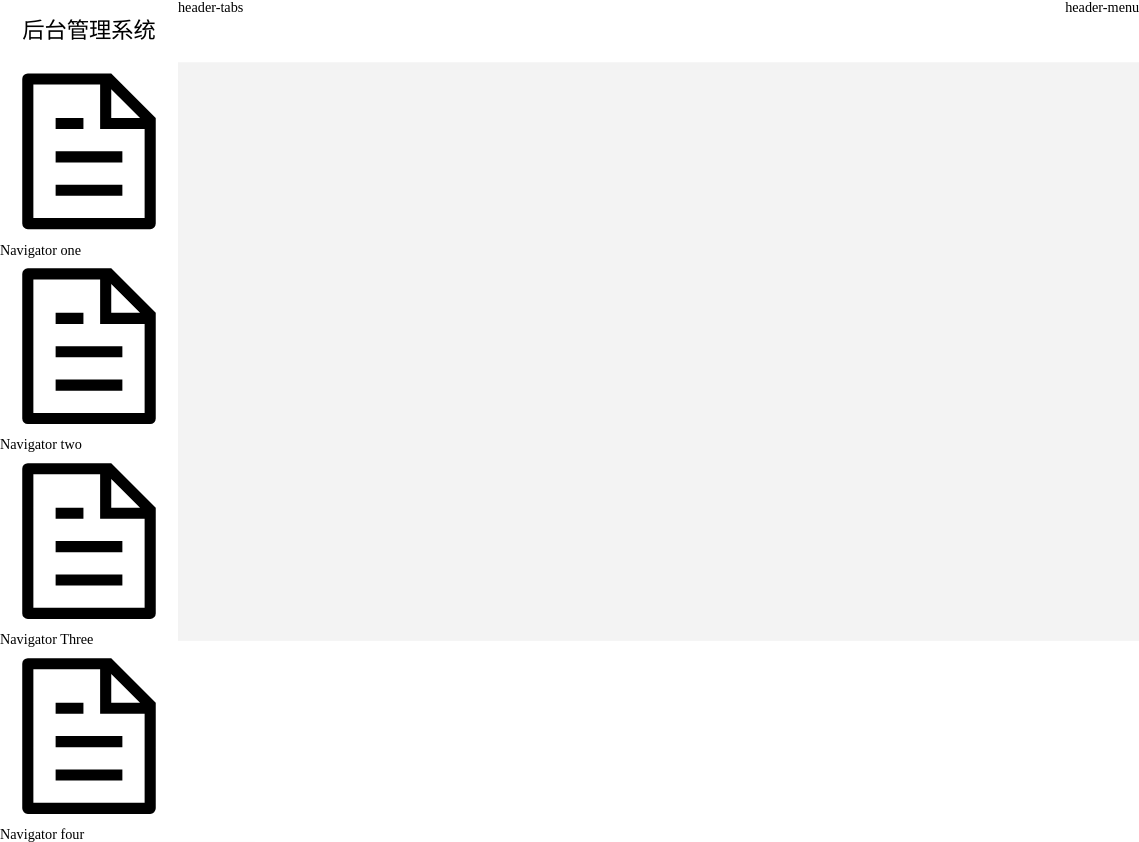
Repository: serrrN/admin
Page: /
The author's editor kept a copy of each file at every save. The page is drawn from the files as they stood at one save, then again after the next save.
The browser window is 1280 px wide. The pictures show the whole page, at 89% of full size.
The project was rebuilt for these pictures with package versions that can differ from the ones it lists, and the page was loaded fresh each time. Also part of the build but not shown: vite.config.ts, src/styles/index.scss.

Above is the page before, as saved 2024-06-02 15:34:11.

### src/main.ts
import { createApp } from 'vue'
import App from './App.vue'
import ElementPlus from 'element-plus'
import zhCn from 'element-plus/es/locale/lang/zh-cn'
import * as ElementPlusIconsVue from '@element-plus/icons-vue'
import router from './router'
import 'reset-css'
import './styles/index.scss'
const app = createApp(App)
for (const [key, component] of Object.entries(ElementPlusIconsVue)) {
  app.component(key, component)
}
app.use(ElementPlus, { locale: zhCn })
app.use(router)
app.mount('#app')

### src/App.vue
<script setup lang="ts"></script>

<template>
  <router-view></router-view>
</template>

<style>
#app,
html,
body {
  width: 100%;
  height: 100%;
}
</style>

### src/router/index.ts
import { createRouter, createWebHistory } from 'vue-router'
const routes = [
  {
    path: '/',
    name: 'home',
    component: () => import('@/layout/index.vue'),
  },
]
const router = createRouter({
  history: createWebHistory(),
  routes,
})
export default router

### src/layout/index.vue
<template>
  <div class="layout-container">
    <div class="left">
      <Menu />
    </div>
    <div class="right">
      <div class="header"><Header /></div>
      <div class="main"><Main /></div>
    </div>
  </div>
</template>

<script lang="ts" setup>
import Menu from './menu/index.vue'
import Header from './header/index.vue'
import Main from './main/index.vue'
</script>

<style scoped lang="scss">
.layout-container {
  width: 100%;
  height: 100%;
  display: flex;
  .left {
    height: 100%;
    width: $layout-container-left-max-width;
  }
  .right {
    width: calc(100% - $layout-container-left-max-width);
    .header {
      width: 100%;
      height: $layout-container-header-height;
      display: flex;
      justify-content: space-between;
    }
    .main {
      height: calc(100% - $layout-container-header-height);
      width: 100%;
      background-color: #f3f3f3;
    }
  }
}
</style>

### src/styles/variable.scss
// 布局容器左边未塌陷宽度
$layout-container-left-max-width:200px;
// 布局容器左边塌陷后宽度
$layout-container-left-min-width:0px;

// 布局容器头部高度
$layout-container-header-height:70px;

### src/layout/menu/index.vue
<template>
  <el-menu
    default-active="2"
    class="el-menu-vertical-demo"
    :collapse="isCollapse"
    @open="handleOpen"
    @close="handleClose"
  >
    <div class="name">后台管理系统</div>
    <el-menu-item index="1">
      <el-icon><document /></el-icon>
      <span>Navigator one</span>
    </el-menu-item>
    <el-menu-item index="2">
      <el-icon><document /></el-icon>
      <span>Navigator two</span>
    </el-menu-item>
    <el-menu-item index="3">
      <el-icon><document /></el-icon>
      <span>Navigator Three</span>
    </el-menu-item>
    <el-menu-item index="4">
      <el-icon><document /></el-icon>
      <span>Navigator four</span>
    </el-menu-item>
  </el-menu>
</template>

<script lang="ts" setup>
import { ref } from 'vue'

const isCollapse = ref(false)
const handleOpen = (key: string, keyPath: string[]) => {
  console.log(key, keyPath)
}
const handleClose = (key: string, keyPath: string[]) => {
  console.log(key, keyPath)
}
</script>

<style>
.el-menu {
  height: 100%;
  .name {
    text-align: center;
    width: 100%;
    height: 70px;
    font-size: 25px;
    line-height: 70px;
  }
}
.el-menu-vertical-demo:not(.el-menu--collapse) {
  width: 200px;
  min-height: 400px;
}
</style>

### src/layout/header/index.vue
<template>
  <Tabs />
  <Menu />
</template>
<script setup lang="ts">
import Tabs from './tabs/index.vue'
import Menu from './menu/index.vue'
</script>
<style lang="scss" scoped></style>

### src/layout/main/index.vue
<template>
  <router-view></router-view>
</template>
<script setup lang="ts"></script>
<style lang="scss" scoped></style>

### src/layout/header/tabs/index.vue
<template>
  <div class="header-tabs">header-tabs</div>
</template>
<script setup lang="ts"></script>
<style lang="scss" scoped></style>

### src/layout/header/menu/index.vue
<template>
  <div class="header-menu">header-menu</div>
</template>
<script setup lang="ts"></script>
<style lang="scss" scoped></style>

Loaded but not shown: index.html (common file)

After the next save:
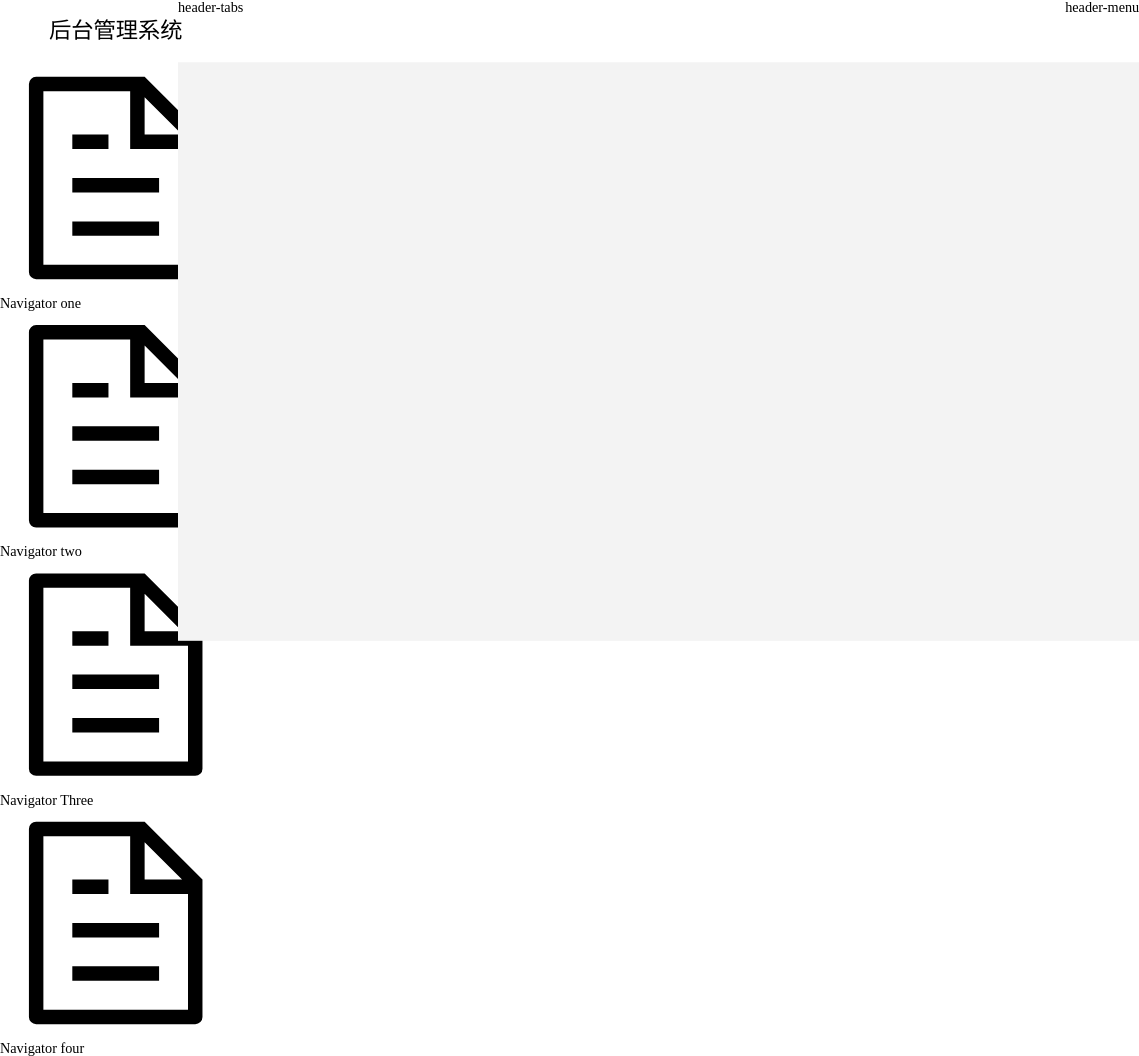
Saved 2 min 16 s later.
--- a/src/layout/menu/index.vue
+++ b/src/layout/menu/index.vue
@@ -50,7 +50,7 @@ const handleClose = (key: string, keyPath: string[]) => {
   }
 }
 .el-menu-vertical-demo:not(.el-menu--collapse) {
-  width: 200px;
+  width: 260px;
   min-height: 400px;
 }
 </style>
